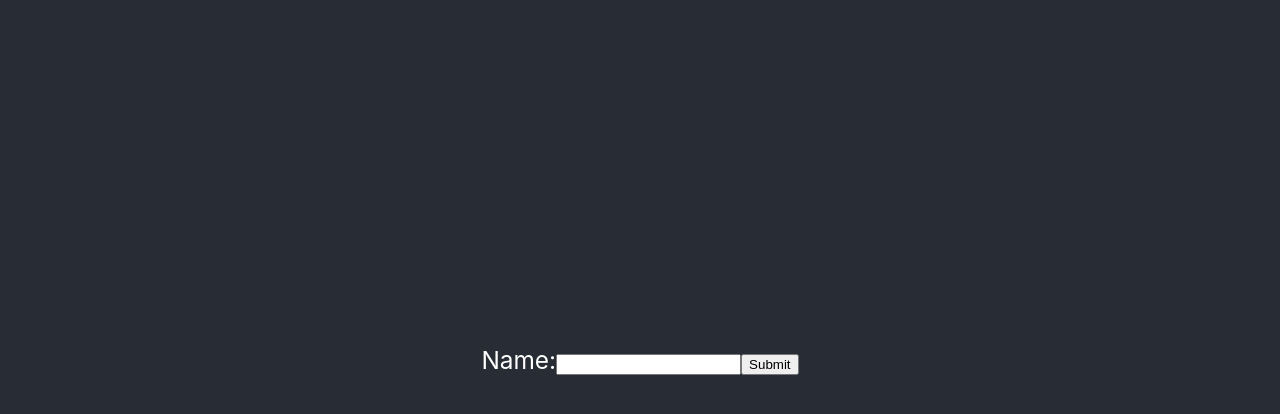
Repository: Achorn/acorn-blog
Page: /signin
These files come from the project's save history. The page is drawn as it stood at one moment and after the next save; the edit follows.
The browser window is 1280 px wide. The pictures show the whole page.
The project was rebuilt for these pictures with package versions that can differ from the ones it lists, and the page was loaded fresh each time.

Above is the page before, as saved 2023-05-30 15:15:22.

After the next save:
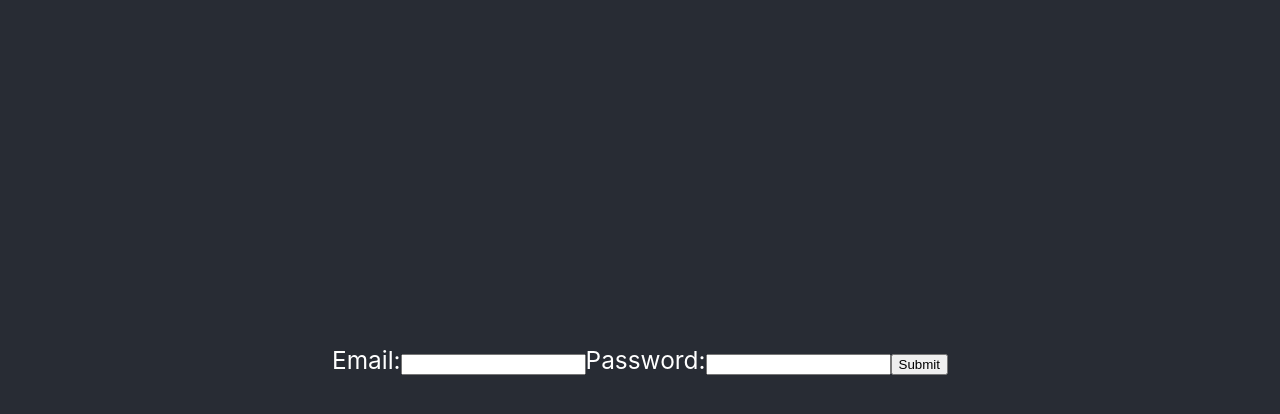
Saved 26 s later.
--- a/src/App.js
+++ b/src/App.js
@@ -15,8 +15,12 @@ function SignIn() {
   return (
     <form>
       <label>
-        Name:
-        <input type="text" name="name" />
+        Email:
+        <input type="text" name="email" />
+      </label>
+      <label>
+        Password:
+        <input type="text" name="email" />
       </label>
       <input type="submit" value="Submit" />
     </form>
